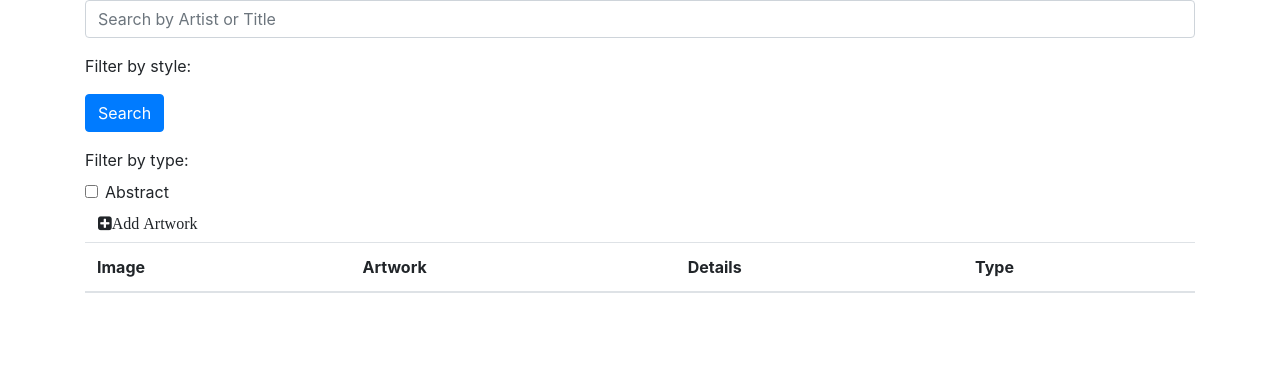
Repository: lynette-lyf/artwork-inventory
Page: http://localhost/
The author's editor kept a record of every edit. The page is drawn from the files as they stood at one moment, then again after the next edit.
The browser window is 1280 px wide. The pictures show the whole page.
The page is served by the project's application, run on Flask 3 (app.py). Queries for data that is not in the repository find no rows.

Above is the page before.

After the next edit:
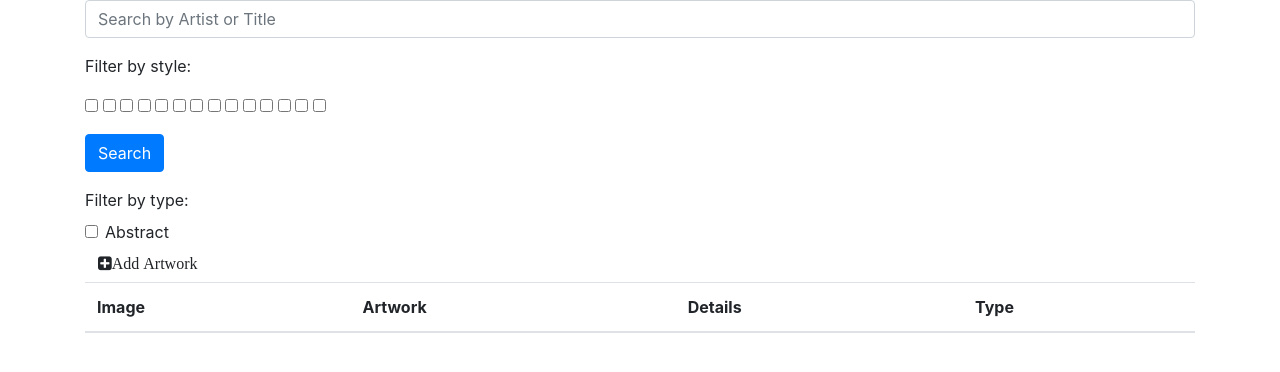
The edit:
--- a/app.py
+++ b/app.py
@@ -25,7 +25,7 @@
     all_types = ['Acrylic', 'Canvas', 'Calligraphy', 'Ink', 'Installation', 'Fabric', 'Oil', 'Paper', 'Painting', 'Portrait', 'Printmaking', 'Sculpture', 'Watercolour']
 
     artworksAndConsigners = conn[DATABASE_NAME]['artworksAndConsigners'].find()
-    return render_template('index.template.html', results=artworksAndConsigners)
+    return render_template('index.template.html', results=artworksAndConsigners, all_styles=all_styles, all_types=all_types)
 
 
 # CREATE************************************************************************
